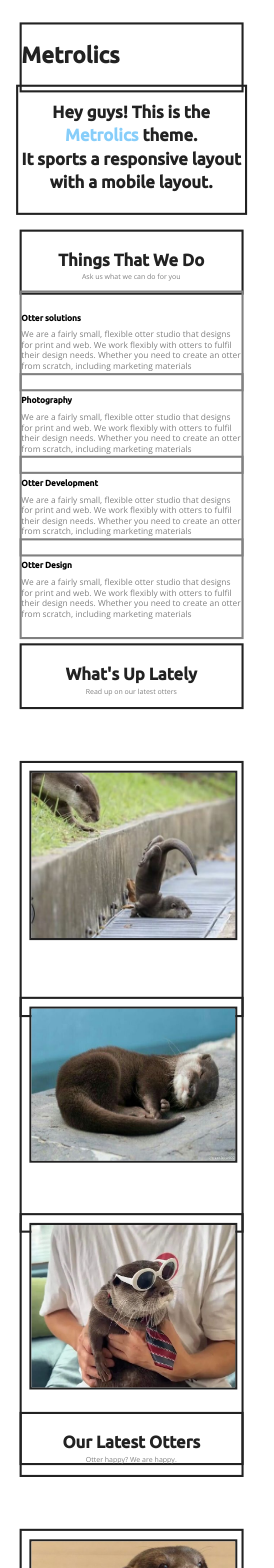
Repository: kennyharman/Marlowe_Kenny_Lab_02B
Page: index.html
The author's editor kept a copy of each file at every save. The page is drawn from the files as they stood at one save, then again after the next save.
The browser window is 375 px wide. The page is 391 px wide, so the pictures cover 391 px, including what lies to the right of the window. The pictures show the part of the page from y = 0 to 2240 px (the page is 7160 px tall), at 70% of full size.

Above is the page before, as saved 2024-02-08 19:04:43.

### index.html
<!doctype html>
<html class="no-js" lang="EN">

<head>
  <meta charset="utf-8">
  <meta name="viewport" content="width=device-width, initial-scale=1">
  <title></title>
  <link rel="stylesheet" href="css/style.css">
  <link href="https://fonts.googleapis.com/css2?family=Open+Sans:ital,wght@0,400;0,700;1,400&family=Ubuntu:ital,wght@0,300;0,500;1,300&display=swap" rel="stylesheet">
  <meta name="description" content="">

  <meta property="og:title" content="Metrolics page">
  <meta property="og:type" content="website">
  <meta property="og:url" content="http://localhost:8888/metrolics/">

  <link rel="icon" href="/favicon.ico" sizes="any">
  <link rel="icon" href="/icon.svg" type="image/svg+xml">
  <link rel="apple-touch-icon" href="icon.png">

  <link rel="manifest" href="site.webmanifest">
  <meta name="theme-color" content="#fafafa">
</head>

<body class="page">
  <script src="js/app.js"></script>

<header class="page__header">
  <div class="row m-col-2 l-col-2 menu">
    <div class="col header__menu-logo">
      <h1>Metrolics</h1>
    </div>
    <div class="col header__menu-nav">
      Home
      Pages
      Blog
      Portfolio
      Home
    </div>
</header>

<main>
  <div class="page__banner">
    <div class="col banner-header">
      <img src="images/pink_otter.jpg">
      <ul class="listed-items">
        <li>Metro Style</li>
        <li>Retina Ready</li>
        <li>Responsive Design</li>
      </ul>
    </div>
  </div>
  <div class="page__section">
    <div class="row header">
      <div class="col header-text">
        <h2>Hey guys! This is the <span class="text__color-change">Metrolics</span> theme.<br/>It sports a responsive layout with a mobile layout.</h2>
      </div>
    </div>
  </div>

  <div class="section-services">
    <div class="row m-col-2 l-col-4">
      <div class="col m-row-span l-row-span heading">
        <h3>Things That We Do</h3>
        <p>Ask us what we can do for you</p>
      </div>
      <div class="col services-card">
        <h4>Otter solutions</h4>
        We are a fairly small, flexible otter studio that designs for print and web. We work flexibly with otters to fulfil their design needs. Whether you need to create an otter from scratch, including marketing materials
      </div>
      <div class="col services-card">
        <h4>Photography</h4>
        We are a fairly small, flexible otter studio that designs for print and web. We work flexibly with otters to fulfil their design needs. Whether you need to create an otter from scratch, including marketing materials
      </div>
      <div class="col services-card">
        <h4>Otter Development</h4>
        We are a fairly small, flexible otter studio that designs for print and web. We work flexibly with otters to fulfil their design needs. Whether you need to create an otter from scratch, including marketing materials
      </div>
      <div class="col services-card">
        <h4>Otter Design</h4>
        We are a fairly small, flexible otter studio that designs for print and web. We work flexibly with otters to fulfil their design needs. Whether you need to create an otter from scratch, including marketing materials
      </div>
    </div>
  </div>
    </div>
  </div>

  <div class="section-work">
    <div class="row m-col-2 l-col-3">
      <div class="col m-row-span l-row-span heading">
        <h3>What's Up Lately</h3>
        <p>Read up on our latest otters</p>
      </div>
      <div class="col m-row-span image">
        <img src="images/otter7.jpg" alt="Otter Fall">
      </div>
      <div class="col image">
        <img src="images/otter8.jpg" alt="Sleepy Otter">
      </div>
      <div class="col image">
        <img src="images/otter9.jpg" alt="Madi the Otter">
      </div>
    </div>
  </div>

  <div class="section-projects">
    <div class="row m-col-2 l-col-3">
      <div class="col m-row-span l-row-span heading">
        <h3>Our Latest Otters</h3>
        <p>Otter happy? We are happy.</p>
      </div>
      <div class="col image">
        <img src="images/otter1.jpg" alt="Curious Otter">
      </div>
      <div class="col image">
        <img src="images/otter2.jpg" alt="Teasing Otter">
      </div>
      <div class="col image">
        <img src="images/otter3.jpg" alt="Otter Playing Dead">
      </div>
      <div class="col image">
        <img src="images/otter4.jpg" alt="Pondering Otter">
      </div>
      <div class="col image">
        <img src="images/otter5.jpg" alt="Loving Otters">
      </div>
      <div class="col image">
        <img src="images/otter6.jpg" alt="Wise Otter">
      </div>
    </div>
  </div>

  <div class="section-misc">
    <div class="row l-col-2">
      <div class="col l-row-span heading">
        <h3>Thingsofabove</h3>
        <p>Misc otters we could not put anyplace else</p>
      </div>
      <div class="col misc-content">
        <img src="images/otter10.jpg" alt="Snazzy Otter">
      </div>
      <div class="col misc-content">
        <img src="images/otter11.jpg" alt="Hello Kitty Otter">
      </div>
    </div>
  </div>

  <div class="section-affiliates">
    <div class="row m-col-5 l-col-5">
      <div class="col affiliates-card">
        <img src="images/otter12.jpg" alt="Otter Hug">
      </div>
      <div class="col affiliates-card">
        <img src="images/otter13.jpg" alt="Otter Stretch">
      </div>
      <div class="col affiliates-card">
        <img src="images/otter14.jpg" alt="Surprised Otter">
      </div>
      <div class="col affiliates-card">
        <img src="images/otter15.jpg" alt="Otter Bath">
      </div>
      <div class="col affiliates-card">
        <img src="images/otter16.jpg" alt="Otter Bear">
      </div>
    </div>
  </div>
</main>
<footer class="page__footer">
  <div class="row m-col-2 l-col-4 footer">
    <div class="col m-row-span l-row-span footer-heading">
      <h3>Peewee Herman</h3>
      <p>Peewee has over 10 years experience in the industry. He is our Creative Director, digital designer, web designer and front-end developer. He is also pretty good with a sketchbook. Before starting the company Peewee worked as a designer and studio manager for a design house who boasted a number of big name clients.</p>
    </div>
    <div class="col footer-item">
      <h3>About Us</h3>
    </div>
    <div class="col footer-item">
      <h3>Flickr Photos</h3>
    </div>
    <div class="col footer-item">
      <h3>Recent Tweets</h3>
    </div>
    <div class="col footer-item">
      <h3>Newsletter</h3>
    </div>
  </div>
</footer>
</body>

### css/style.css
/*! HTML5 Boilerplate v9.0.0-RC1 | MIT License | https://html5boilerplate.com/ */

/* main.css 3.0.0 | MIT License | https://github.com/h5bp/main.css#readme */
/*
 * What follows is the result of much research on cross-browser styling.
 * Credit left inline and big thanks to Nicolas Gallagher, Jonathan Neal,
 * Kroc Camen, and the H5BP dev community and team.
 */

/* ==========================================================================
   Base styles: opinionated defaults
   ========================================================================== */

html {
  color: #222;
  font-size: 1em;
  line-height: 1.4;
  margin-left: -1rem;
  margin-right: -1rem;
}

/*
 * Remove text-shadow in selection highlight:
 * https://twitter.com/miketaylr/status/12228805301
 *
 * Customize the background color to match your design.
 */

::-moz-selection {
  background: #b3d4fc;
  text-shadow: none;
}

::selection {
  background: #b3d4fc;
  text-shadow: none;
}

/*
 * A better looking default horizontal rule
 */

hr {
  display: block;
  height: 1px;
  border: 0;
  border-top: 1px solid #ccc;
  margin: 1em 0;
  padding: 0;
}

/*
 * Remove the gap between audio, canvas, iframes,
 * images, videos and the bottom of their containers:
 * https://github.com/h5bp/html5-boilerplate/issues/440
 */

audio,
canvas,
iframe,
img,
svg,
video {
  vertical-align: middle;
}

/*
 * Remove default fieldset styles.
 */

fieldset {
  border: 0;
  margin: 0;
  padding: 0;
}

/*
 * Allow only vertical resizing of textareas.
 */

textarea {
  resize: vertical;
}

/* ==========================================================================
   Author's custom styles
   ========================================================================== */

/* ==========================================================================
   Helper classes
   ========================================================================== */

/*
 * Hide visually and from screen readers
 */

.hidden,
[hidden] {
  display: none !important;
}

/*
 * Hide only visually, but have it available for screen readers:
 * https://snook.ca/archives/html_and_css/hiding-content-for-accessibility
 *
 * 1. For long content, line feeds are not interpreted as spaces and small width
 *    causes content to wrap 1 word per line:
 *    https://medium.com/@jessebeach/beware-smushed-off-screen-accessible-text-5952a4c2cbfe
 */

.visually-hidden {
  border: 0;
  clip: rect(0, 0, 0, 0);
  height: 1px;
  margin: -1px;
  overflow: hidden;
  padding: 0;
  position: absolute;
  white-space: nowrap;
  width: 1px;
  /* 1 */
}

/*
 * Extends the .visually-hidden class to allow the element
 * to be focusable when navigated to via the keyboard:
 * https://www.drupal.org/node/897638
 */

.visually-hidden.focusable:active,
.visually-hidden.focusable:focus {
  clip: auto;
  height: auto;
  margin: 0;
  overflow: visible;
  position: static;
  white-space: inherit;
  width: auto;
}

/*
 * Hide visually and from screen readers, but maintain layout
 */

.invisible {
  visibility: hidden;
}

/*
 * Clearfix: contain floats
 *
 * The use of `table` rather than `block` is only necessary if using
 * `::before` to contain the top-margins of child elements.
 */

.clearfix::before,
.clearfix::after {
  content: "";
  display: table;
}

.clearfix::after {
  clear: both;
}

/* ==========================================================================
   EXAMPLE Media Queries for Responsive Design.
   These examples override the primary ('mobile first') styles.
   Modify as content requires.
   ========================================================================== */

@media only screen and (min-width: 35em) {
  /* Style adjustments for viewports that meet the condition */
}

@media print,
  (-webkit-min-device-pixel-ratio: 1.25),
  (min-resolution: 1.25dppx),
  (min-resolution: 120dpi) {
  /* Style adjustments for high resolution devices */
}

/* ==========================================================================
   Print styles.
   Inlined to avoid the additional HTTP request:
   https://www.phpied.com/delay-loading-your-print-css/
   ========================================================================== */

@media print {
  *,
  *::before,
  *::after {
    background: #fff !important;
    color: #000 !important;
    /* Black prints faster */
    box-shadow: none !important;
    text-shadow: none !important;
  }

  a,
  a:visited {
    text-decoration: underline;
  }

  a[href]::after {
    content: " (" attr(href) ")";
  }

  abbr[title]::after {
    content: " (" attr(title) ")";
  }

  /*
   * Don't show links that are fragment identifiers,
   * or use the `javascript:` pseudo protocol
   */
  a[href^="#"]::after,
  a[href^="javascript:"]::after {
    content: "";
  }

  pre {
    white-space: pre-wrap !important;
  }

  pre,
  blockquote {
    border: 1px solid #999;
    page-break-inside: avoid;
  }

  tr,
  img {
    page-break-inside: avoid;
  }

  p,
  h2,
  h3 {
    orphans: 3;
    widows: 3;
  }

  h2,
  h3 {
    page-break-after: avoid;
  }
}

/* Our Styling */

h1,
h2,
h3,
h4,
h5,
h6 {
    font-family: 'Ubuntu', sans-serif;
}

p {
    font-family: 'Open Sans', sans-serif;
}

.row {
  display: grid;
  margin-top: 2rem;
}
.col {
  position: relative;
  height: 100%;
  border: solid;
}

.page__header,
.banner-header,
.page__section,
.section-services,
.section-work,
.section-projects,
.section-misc,
.section-affiliates,
.footer {
  margin: auto;
  width: 60%;
}

.heading {
  display: flex;
  flex-direction: column;
  align-items: center;
  padding: 0 auto;
}

.heading > h3 {
  margin-bottom: 0;
  font-size: 24px;
}

.heading > p {
  margin-top: 0;
  font-size: 10px;
  color: grey;
}

.header-text {
  text-align: center;
}

.text__color-change {
  color: lightskyblue;
}

.listed-items {
  position: absolute;
  top: 5rem;
  left: 5rem;
  list-style-type: none;
}

.listed-items > li {
  background-color: white;
  margin-top: 2px;
  padding-top: 0.5rem;
  padding-bottom: 0.5rem;
  font-family: 'Ubuntu', sans-serif;
}

.listed-items li:nth-child(1) {
  border-left: solid 5px blue;
  padding-left: 1rem;
  padding-right: 1rem;
  width: fit-content;
}

.listed-items li:nth-child(2) {
  border-left: solid 5px red;
  padding-left: 1rem;
  padding-right: 1rem;
  width: fit-content;
}

.listed-items li:nth-child(3) {
  border-left: solid 5px yellow;
  padding-left: 1rem;
  padding-right: 1rem;
  width: fit-content;
}

.banner-header {
  position: relative;
}

.services-card {
  text-align: center;
  font-size: 10px;
  padding: 10px;
  color: grey;
  font-family: 'Open Sans', sans-serif;
  line-height: 20px;
}

.services-card > h4 {
  color: black;
}

.image {
  padding: 0.7rem;
}

.image > img {
  width: 100%;
  height: 70%;
  border: solid;
}

.misc-content {
  margin-top: 1.5rem;
  margin: 0.7rem;
  margin-bottom: -2rem;
}

.misc-content > img {
  width: 100%;
  height: 85%;
}

.affiliates-card {
  margin: 0.7rem;
  margin-bottom: 3rem;
}

.affiliates-card > img {
  width: 100%;
  height: 85%;;
}

.banner-header {
  justify-content: center;
}

.banner-header > img {
  width: 100%;
  max-height: 70%;
}

.page__banner {
  background-color: lightgray;
}

.page__footer {
  background-color: rgb(10, 10, 56);
  color: white;
}

/* Small only */
@media screen and (max-width: 39.9375em) {
  .page__header,
.banner-header,
.page__section,
.section-services,
.section-work,
.section-projects,
.section-misc,
.section-affiliates,
.footer {
  margin: auto;
  width: 20rem;
}

.header {
  margin: -5px;
}
  .header__menu-nav {
    display: none;
  }
  .page__banner {
    display: none;
  }
  .image {
    border: solid;
    margin-top: 5rem;
    height: 100%;
  }
  .affiliates {
    display: none;
  }
  .misc {
    display: none;
  }
  .services-card {
    text-align: left;
    font-size: 12px;
    padding: 0px;
    color: grey;
    font-family: 'Open Sans', sans-serif;
    line-height: 15px;
    padding-top: 20px;
  }
  .services-card > h4 {
    line-height: 0px;
  }
}

/* Medium only */
@media screen and (min-width: 40em) and
(max-width: 63.9375em) {
  .row {
    max-width: 70rem;
    column-gap: 1.5rem;
    row-gap: 1.5rem;
    margin: 0 auto;
  }
  .m-col-2 {
    grid-template-columns: 1fr 1fr;
  }
  .m-col-3 {
    grid-template-columns: repeat(3, 1fr);
  }
  .m-col-4 {
    grid-template-columns: repeat(4, 1fr);
  }
  .m-col-5 {
    grid-template-columns: repeat(5, 1fr);
  }

  .m-row-span {
    grid-column-start: 1;
    grid-column-end: -1;
  }
}

/* Large only */
@media screen and (min-width: 64em) {
  .l-col-2 {
    grid-template-columns: 1fr 1fr;
  }
  .l-col-3 {
    grid-template-columns: repeat(3, 1fr);
  }
  .l-col-4 {
    grid-template-columns: repeat(4, 1fr);
  }
  .l-col-5 {
    grid-template-columns: repeat(5, 1fr);
  }

  .l-row-span {
    grid-column-start: 1;
    grid-column-end: -1;
  }
}

Loaded but not shown: js/app.js (no stored copy; drawn as an empty file)

After the next save:
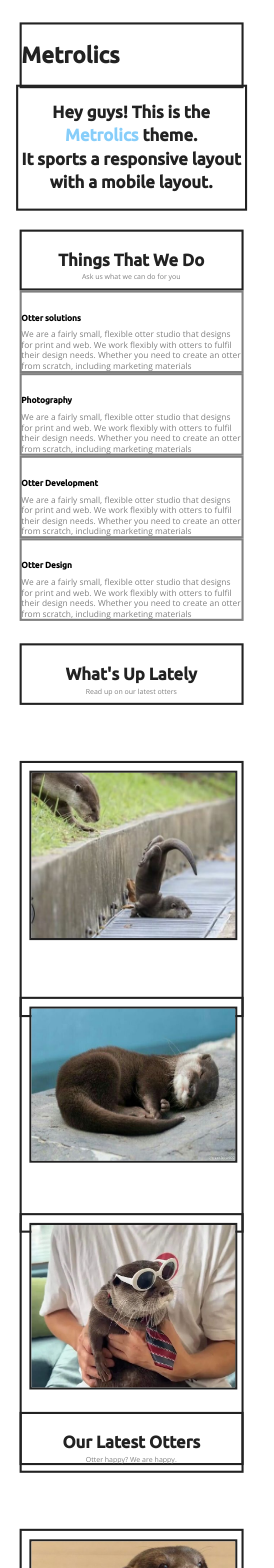
Saved 2 min 8 s later.
--- a/css/style.css
+++ b/css/style.css
@@ -268,7 +268,7 @@ p {
 }
 .col {
   position: relative;
-  height: 100%;
+  max-height: 100%;
   border: solid;
 }
 
@@ -438,7 +438,6 @@ p {
     display: none;
   }
   .image {
-    border: solid;
     margin-top: 5rem;
     height: 100%;
   }
